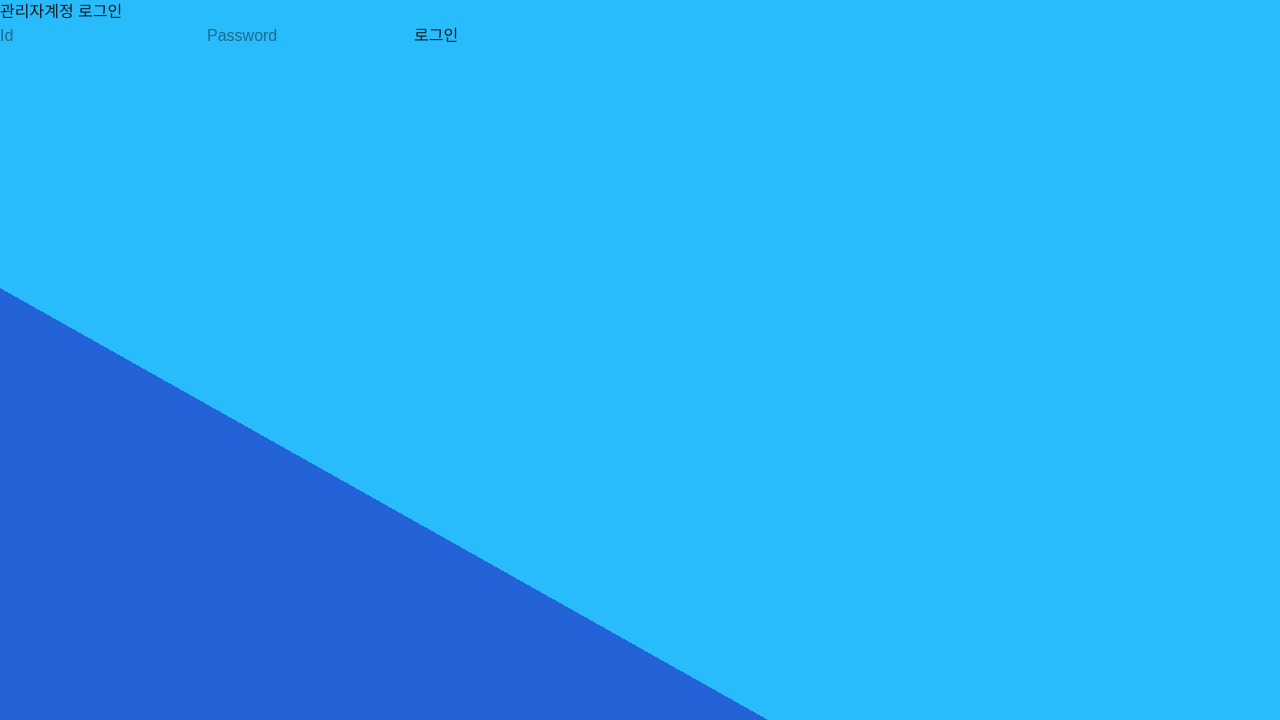
Repository: LEEYONGJUN3068/cms
Page: /login
An editor plug-in stored every save of this project. The page is shown before and after the next save, followed by the edit.
The browser window is 1280 px wide. The pictures show the whole page.
The page's requests for data from a server got no answer. The project was rebuilt for these pictures with package versions that can differ from the ones it lists, and the page was loaded fresh each time. The framework's server and built-in components were replaced by stand-ins that run in the browser. No one was signed in, and anything a server would have sent is missing. Also part of the build but not shown: next.config.mjs.

Above is the page before, as saved 2025-09-23 13:22:02.

After the next save:
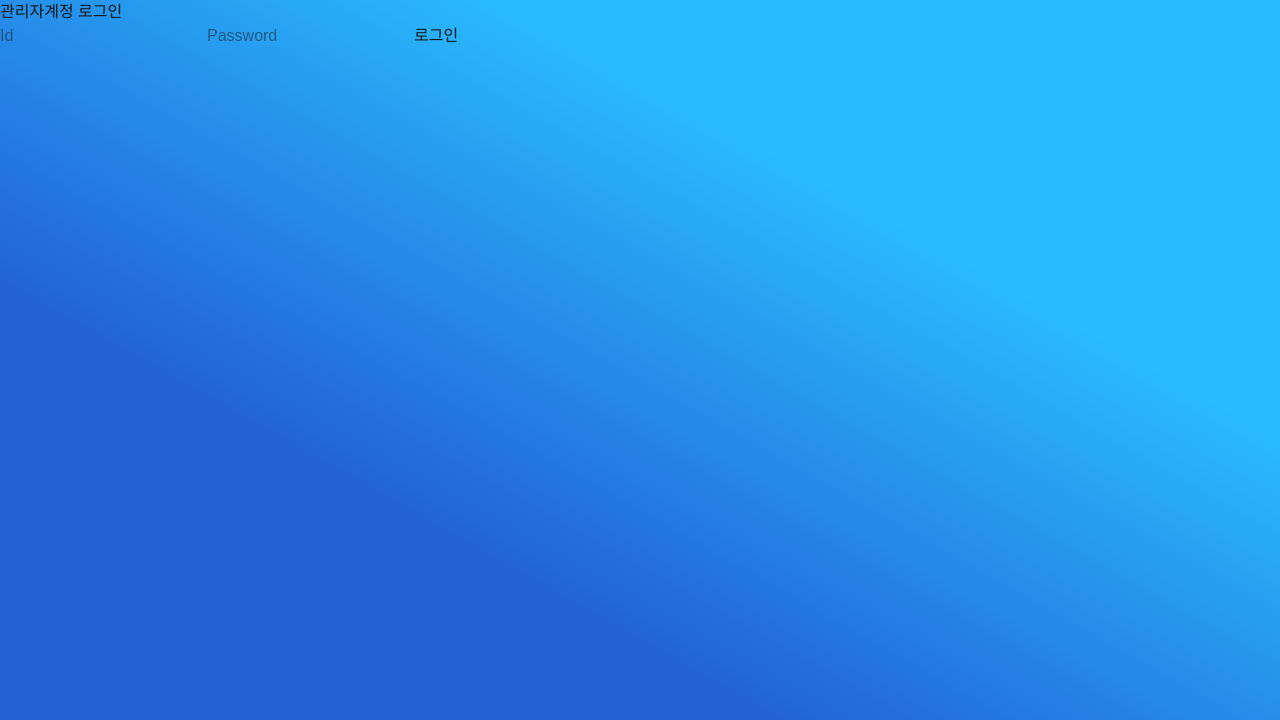
Saved 64 s later.
--- a/src/app/login/login.module.scss
+++ b/src/app/login/login.module.scss
@@ -1,5 +1,5 @@
 .loginContainer{
-    background: linear-gradient(to bottom left,#29bcfd 70%, #2362d7 30%);
+    background: linear-gradient(to bottom left,#29bcfd 30%, #2362d7 70%);
     width: 100%;
     height: 100vh;
 }
